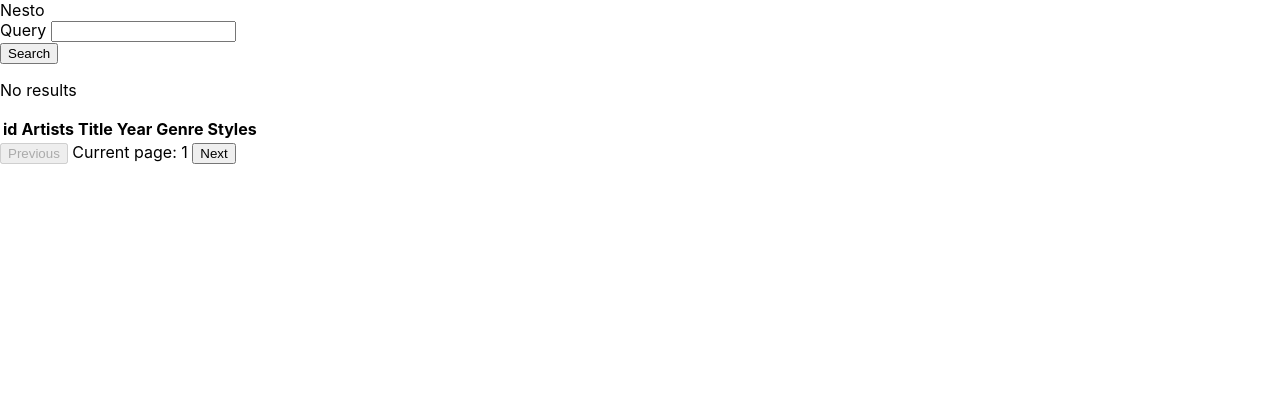
Repository: ivan-baljkas/pristupni_zadatak
Page: / (app in frontend/react-akademija-master/)
The author's editor kept a copy of each file at every save. The page is drawn from the files as they stood at one save, then again after the next save.
The browser window is 1280 px wide. The pictures show the whole page.
The project was rebuilt for these pictures with package versions that can differ from the ones it lists, and the page was loaded fresh each time.

Above is the page before, as saved 2021-07-21 13:17:31.

After the next save:
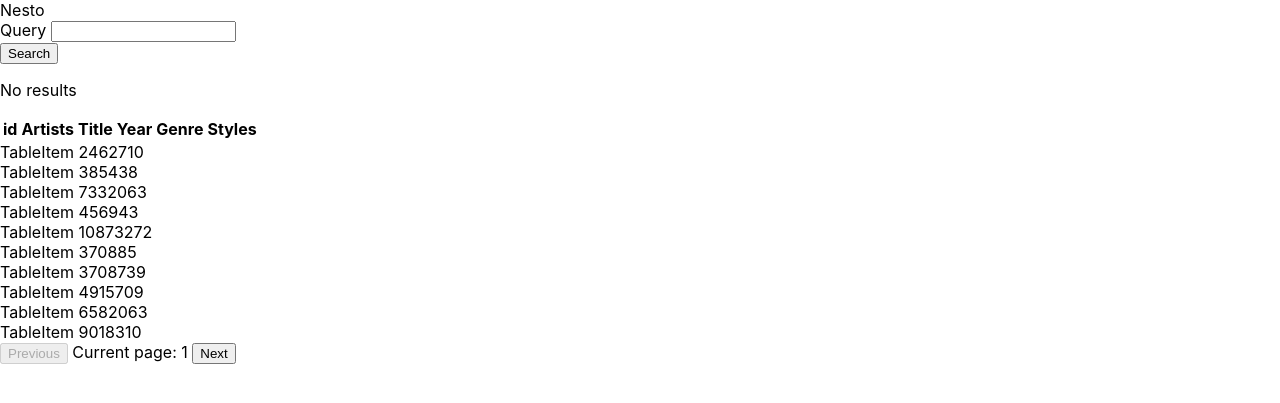
Saved 15 s later.
--- a/frontend/react-akademija-master/src/App.js
+++ b/frontend/react-akademija-master/src/App.js
@@ -16,11 +16,11 @@
       <SearchForm>
           No results
         </SearchForm>
-        <CollectionTable data={data}>
+        <CollectionTable data={data}/>
         {data.releases.map(release=>(
           <TableItem id={release.id}/>
         ))}
-        </CollectionTable>
+
         <Pagination currentPage={1} pages={2} />
     </div>
   );

After the save that followed:
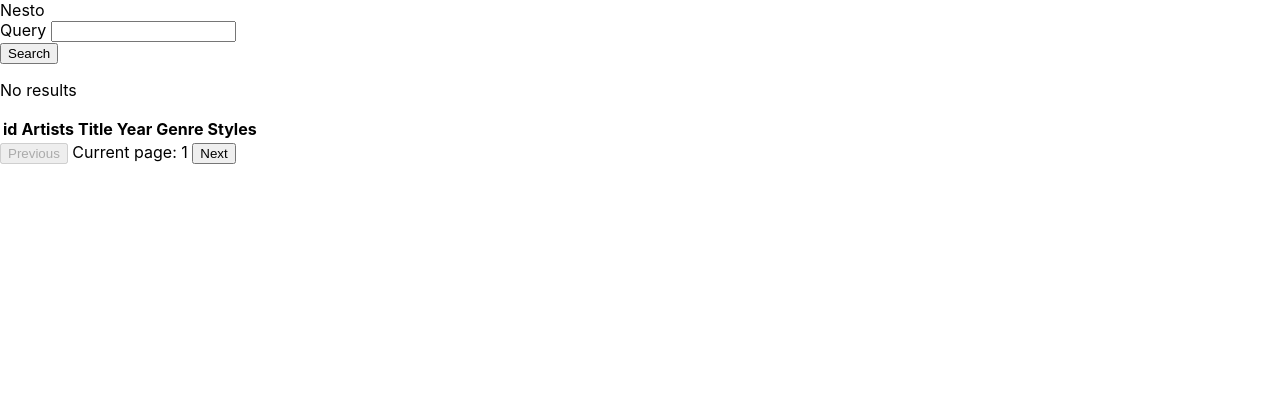
Saved 22 s later.
--- a/frontend/react-akademija-master/src/App.js
+++ b/frontend/react-akademija-master/src/App.js
@@ -16,11 +16,11 @@
       <SearchForm>
           No results
         </SearchForm>
-        <CollectionTable data={data}/>
+        <CollectionTable>
         {data.releases.map(release=>(
           <TableItem id={release.id}/>
         ))}
-
+        </CollectionTable>
         <Pagination currentPage={1} pages={2} />
     </div>
   );
